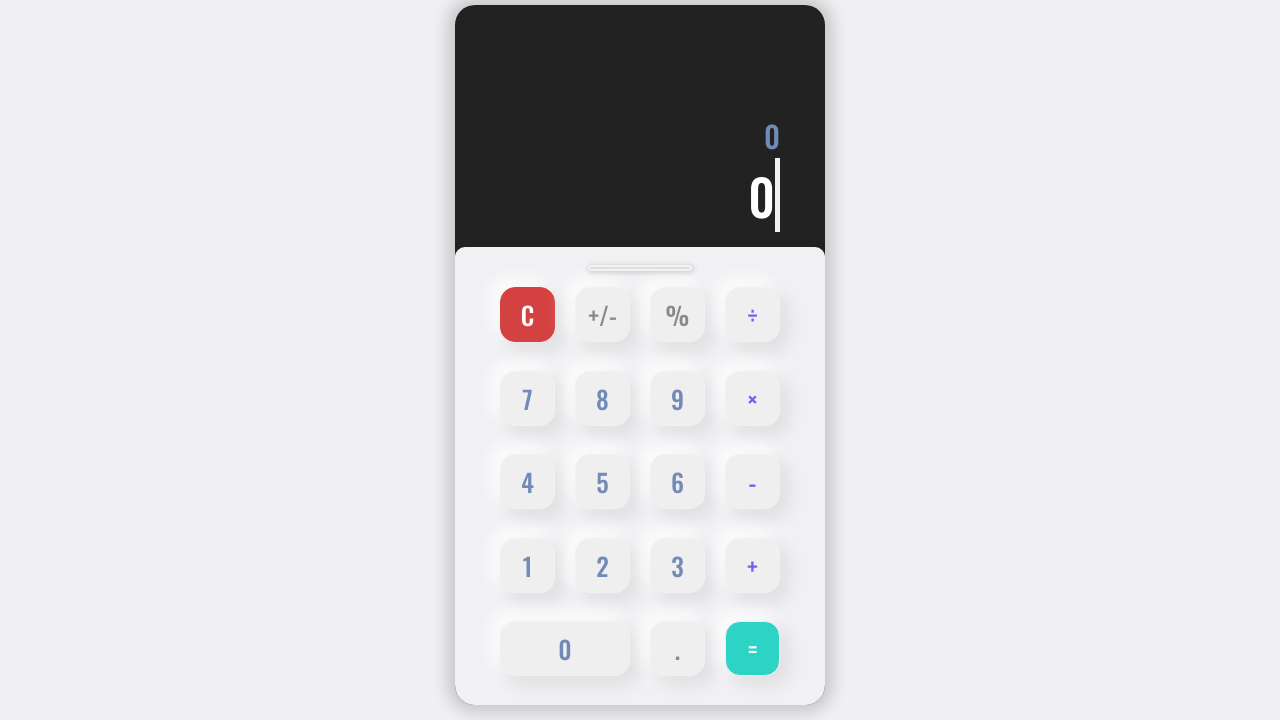
Repository: BrunoBross/calculator
Page: index.html
An editor plug-in stored every save of this project. The page is shown before and after the next save, followed by the edit.
The browser window is 1280 px wide. The pictures show the whole page.

Above is the page before, as saved 2021-12-01 02:02:23.

### index.html
<!DOCTYPE html>
<html lang="en">
<head>
  <meta charset="UTF-8">
  <meta http-equiv="X-UA-Compatible" content="IE=edge">
  <meta name="viewport" content="width=device-width, initial-scale=1.0">
  <title>Calculator</title>
  <link rel="stylesheet" href="./style.css">
  <link rel="preconnect" href="https://fonts.googleapis.com">
  <link rel="preconnect" href="https://fonts.gstatic.com" crossorigin>
  <link href="https://fonts.googleapis.com/css2?family=Inter:wght@400;500;700&family=Oswald:wght@400;500&display=swap" rel="stylesheet">
</head>
<body>
  <main>
    <div class="calculator">
      <div class="view">
        <div id="history">0</div>
        <div id="result">0</div>
      </div>
      <div class="buttons">
        <div id="effect"></div>
        <button class="extra" id="reset" onclick="clicked('C')">C</button>
        <button class="extra" id="moreless" onclick="clicked('+-')">+/-</button>
        <button class="extra" id="percent" onclick="clicked('%')">%</button>
        <button class="operator" id="division" onclick="clicked('/')">÷</button>
        <button class="number" id="seven" onclick="clicked('7')">7</button>
        <button class="number" id="eight" onclick="clicked('8')">8</button>
        <button class="number" id="nine" onclick="clicked('9')">9</button>
        <button class="operator" id="multiply" onclick="clicked('*')">×</button>
        <button class="number" id="four" onclick="clicked('4')">4</button>
        <button class="number" id="five" onclick="clicked('5')">5</button>
        <button class="number" id="six" onclick="clicked('6')">6</button>
        <button class="operator" id="less" onclick="clicked('-')">-</button>
        <button class="number" id="one" onclick="clicked('1')">1</button>
        <button class="number" id="two" onclick="clicked('2')">2</button>
        <button class="number" id="three" onclick="clicked('3')">3</button>
        <button class="operator" id="plus" onclick="clicked('+')">+</button>
        <button class="number" id="zero" onclick="clicked('0')">0</button>
        <button class="extra" id="dot" onclick="clicked('.')">.</button>
        <button class="equals" id="equals" onclick="clicked('=')">=</button>
      </div>
    </div>
    <div class="frufrus">
      <div class="small-square"></div>
      <div class="square"></div>
      <div class="small-circle"></div>
      <div class="circle"></div>
      <div class="dots"></div>
      <div class="dots1"></div>
    </div>
  </main>
</body>
<script src="./script.js"></script>
</html>

### style.css
*{
  padding: 0;
  margin: 0;
  font-family: 'Oswald', sans-serif;
  font-weight: 500;
}

body{
  background-color: #F0F0F3;
}

main{
  display: flex;
  justify-content: center;
  margin-top: 100px;
}

.calculator{
  background-color: #232222;
  display: flex;
  flex-direction: column;
  width: 370px;
  height: 700px;
  border-radius: 20px;
  box-shadow: 0 0 15px 8px #0000002a;
}

.view{
  display: flex;
  flex-direction: column;
  align-items: flex-end;
  justify-content: end;
  height: 400px;
  margin-right: 45px;
  padding-bottom: 15px;
}

.view > #result{
  color: #FFF;
  font-size: 50px;
}

#history{
  font-size: 30px;
  color: #728AB7;
}

.buttons{
  padding: 20px;
  padding-top: 40px;
  background-color: #F1F1F4;
  display: flex;
  justify-content: center;
  flex-wrap: wrap;
  gap: 20px;
  height: 100%;
  border-radius: 10px 10px 20px 20px;
}

.buttons > button{
  box-shadow: 8px 8px 15px 3px #00000010, -8px -8px 15px 3px #ffffffb0;
  border: none;
  height: 55px;
  width: 55px;
  border-radius: 15px;
  cursor: pointer;
  transition: 0.3s;
  font-size: 25px;
  border: 1px solid #F1F1F4;
}

button:hover{
  background-color: #cccccc;
  border: 1px solid #728AB7;
}

#zero{
  width: 130px;
}

.number{
  color: #728AB7;
}

.operator{
  color: #745FF2;
}

.equals{
  color: white;
  background-color: #2DD3C5;
  border: 1px solid #2DD3C5;
}

.equals:hover{
  background-color: #28a59a;
  border: 1px solid #728AB7;
}

#reset{
  color: #FFF;
  background-color: #d44141;
  border: 1px solid #d44141;
}

#reset:hover{
  background-color: #a73939;
  border: 1px solid #728AB7;
}

.extra{
  color: #898989;
}

#effect{
  background-color: rgb(224, 223, 223);
  border: 2px solid #f3f2f2;
  border-radius: 5px;
  box-shadow: 1px 1px 5px 1px #00000026;
  height: 2px;
  width: 100px;
  position: absolute;
  top: 357px;
}

.frufrus{
  height: 100%;
}

.small-square{
  height: 250px;
  width: 200px;
  position: absolute;
  border-radius: 15px;
  top: 160px;
  left: 120px;
  box-shadow: 8px 8px 15px 3px #0000001c, -8px -8px 15px 3px #ffffff;
}

.square{
  height: 300px;
  width: 300px;
  position: absolute;
  border-radius: 15px;
  top: 100px;
  right: 200px;
  box-shadow: 8px 8px 15px 3px #0000001c, -8px -8px 15px 3px #ffffff;
}

.small-circle{
  height: 200px;
  width: 200px;
  position: absolute;
  border-radius: 50%;
  bottom: 100px;
  right: 140px;
  box-shadow: 8px 8px 15px 3px #0000001c, -8px -8px 15px 3px #ffffff;
}

.circle{
  height: 300px;
  width: 300px;
  position: absolute;
  border-radius: 50%;
  bottom: 40px;
  left: 140px;
  box-shadow: 8px 8px 15px 3px #0000001c, -8px -8px 15px 3px #ffffff;
}

.dots{
  height: 300px;
  width: 300px;
  position: absolute;
  top: 35px;
  left: 685px;
  z-index: -1;
  background-image: radial-gradient(circle, #8989896b, #8989896b , transparent 30%, transparent 100%);
  background-size: 30px 30px;
}

.dots1{
  height: 300px;
  width: 300px;
  position: absolute;
  bottom: 110px;
  right: 685px;
  z-index: -1;
  background-image: radial-gradient(circle, #8989896b, #8989896b , transparent 30%, transparent 100%);
  background-size: 30px 30px;
}

#result{
  border-right: 5px solid #F1F1F4;
}

@media only screen and (max-width: 1600px) {
  .frufrus{
    display: none;
  }
}

@media only screen and (max-height: 670px) {
  .frufrus{
    display: none;
  }

  main{
    margin: 5px;
  }

  #effect{
    top: 260px;
  }

  .calculator{
    height: 650px;
  }
}

@media only screen and (max-height: 812px) {
  .frufrus{
    display: none;
  }

  main{
    margin: 5px;
  }

  #effect{
    top: 265px;
  }

  .calculator{
    height: 700px;
  }
}

### script.js
const viewResult = document.querySelector('#result')
const viewHistory = document.querySelector('#history')

let operation = ''
let number = ''
let history = ''

function clicked(buttonClicked=String){

  // FAZER A SOMA FINAL
  if(buttonClicked == '='){
    operation += number
    operation = eval(operation) // REALIZAR A OPERACAO
    viewResult.innerHTML = operation
    number = operation  // TRANSFORMAR O NUMERO NO RESULTADO DA OPERACAO

    viewHistory.innerHTML = history // MOSTRA O HISTORY
    history = operation  // RESETA O HISTORY
  // INVERTER SINAL
  }else if(buttonClicked  == '+-'){
    number *= -1
    viewResult.innerHTML = number
  // ZERAR CALCULADORA
  }else if(buttonClicked == 'C'){
    operation = '0'
    number = '' // ZERAR NUMERO
    viewResult.innerHTML = operation
    operation = '' // ZERAR OPERACAO
  // PEGAR O OPERADOR
  }else if(buttonClicked == '+' || buttonClicked == '-' || buttonClicked == '*' || buttonClicked == '/'){
    operation = number + buttonClicked
    number = ''
    history += buttonClicked
  // PEGAR O NUMERO DIGITADO
  }else if(9 >= buttonClicked >= 0){
    number += buttonClicked
    viewResult.innerHTML = number
    history += buttonClicked
  }
}

After the next save:
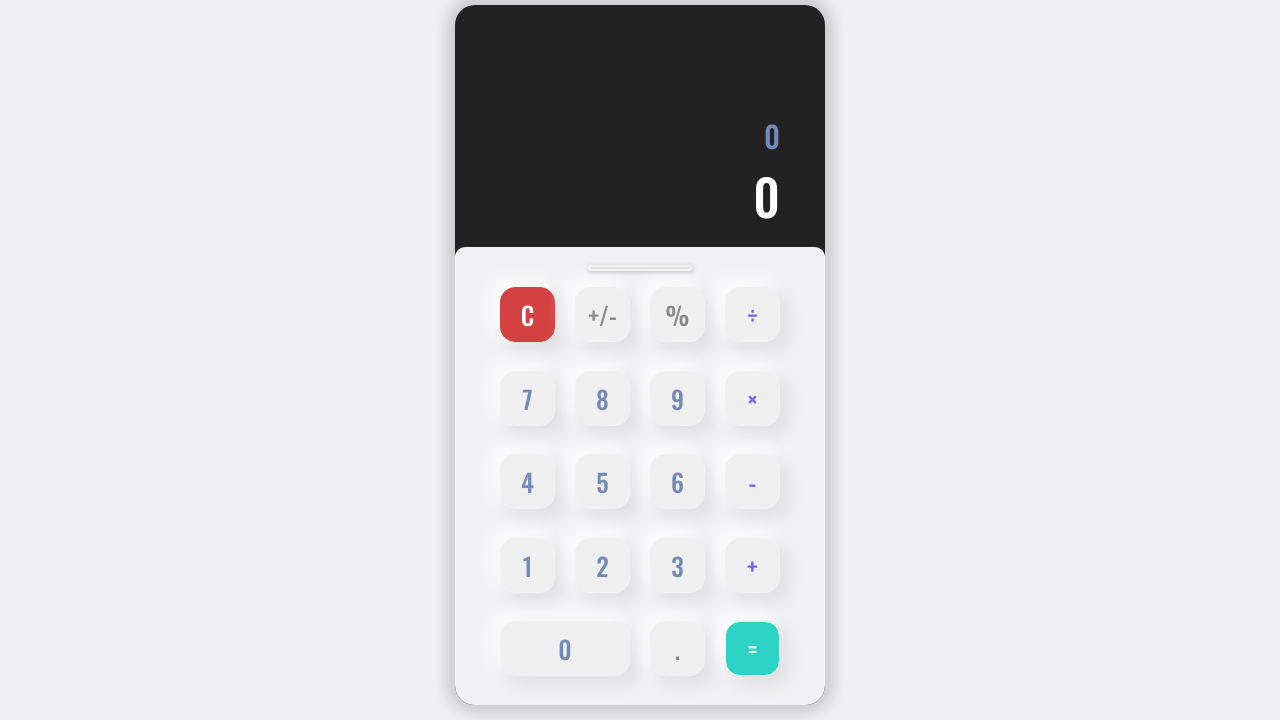
Saved 5 s later.
--- a/style.css
+++ b/style.css
@@ -189,10 +189,6 @@ button:hover{
   background-size: 30px 30px;
 }
 
-#result{
-  border-right: 5px solid #F1F1F4;
-}
-
 @media only screen and (max-width: 1600px) {
   .frufrus{
     display: none;
